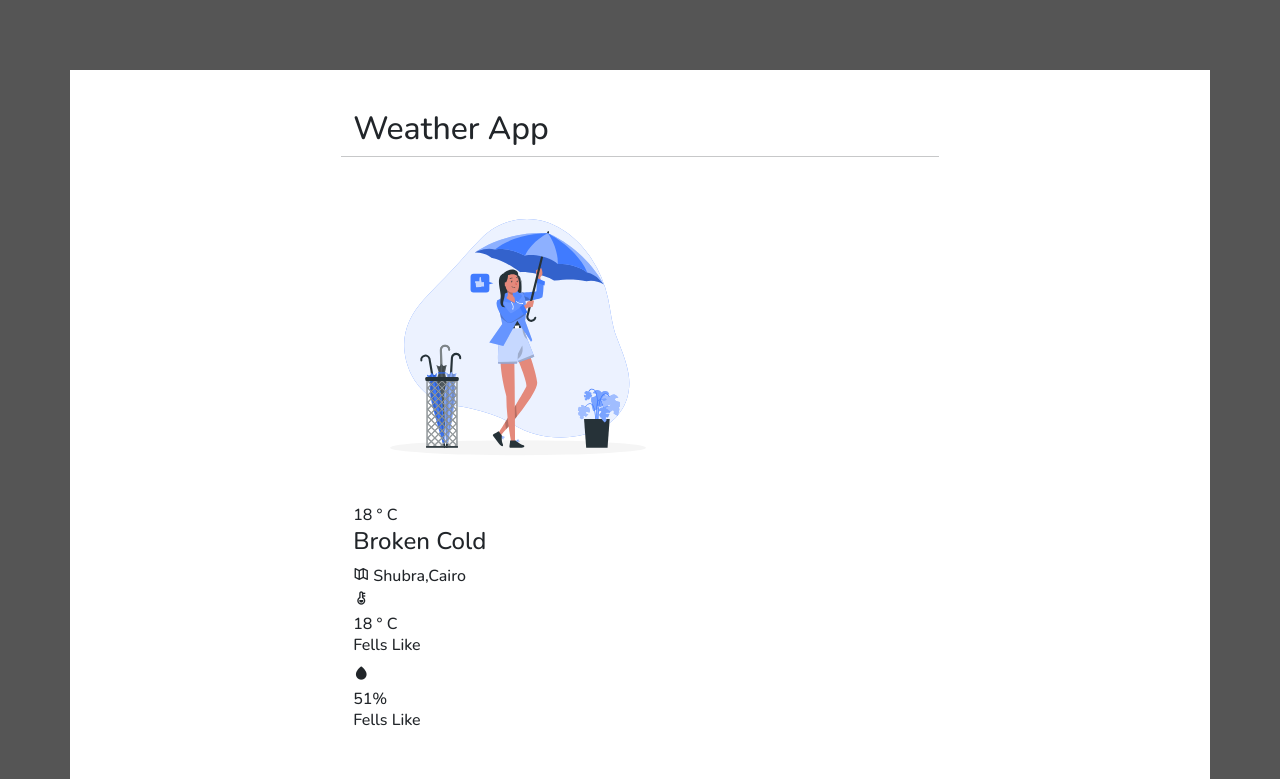
Repository: youssef168/Weather-App
Page: index.htm
These files come from the project's save history. The page is drawn as it stood at one moment and after the next save; the edit follows.
The browser window is 1280 px wide. The pictures show the whole page.

Above is the page before, as saved 2021-12-28 19:49:40.

### index.htm
<!DOCTYPE html>
<html lang="en">
<head>
    <meta charset="UTF-8">
    <meta http-equiv="X-UA-Compatible" content="IE=edge">
    <meta name="viewport" content="width=device-width, initial-scale=1.0">
    <link href="https://cdn.jsdelivr.net/npm/bootstrap@5.1.3/dist/css/bootstrap.min.css" rel="stylesheet" integrity="sha384-1BmE4kWBq78iYhFldvKuhfTAU6auU8tT94WrHftjDbrCEXSU1oBoqyl2QvZ6jIW3" crossorigin="anonymous">
    <link rel="preconnect" href="https://fonts.googleapis.com">
    <link rel="preconnect" href="https://fonts.gstatic.com" crossorigin>
    <link href="https://fonts.googleapis.com/css2?family=Nunito:ital,wght@0,300;0,500;0,600;0,700;0,900;1,200;1,300;1,400;1,500;1,700&family=Work+Sans:ital,wght@1,400;1,600&display=swap" rel="stylesheet">
    <link rel="stylesheet" href="./style.css">
    <link href='https://unpkg.com/boxicons@2.1.1/css/boxicons.min.css' rel='stylesheet'>

    <title>Document</title>
</head>
<body>
    <div class="container">
        <div class='row super'>
            <h2>Weather App</h2>
            <hr>
          <div class='col'>
              <div class="wearher-img">
                  <img class="w-100" src="./Umbrella-rafiki.svg" alt="">
              </div>
              <div class="weather-details">
                  <span class="degree">18</span>
                  <span class="sign">°</span>
                  <span class="sign-2">
                    C
                  </span>
                  <h4>Broken Cold</h4>
              </div>
              <div class="location">
                <i class='bx bx-map-alt'></i>
                <span>Shubra,Cairo</span>
              </div>
              <div class="detail-box">
                  <div class="column fellLike">
                    <i class='bx bxs-thermometer'></i>
                    <div class="innerFeild">
                        <span class="degree-2">18</span>
                        <span class="sign">°</span>
                        <span class="sign-2">
                          C
                        </span>
                    </div>
                    <h6>Fells Like</h6>
                  </div>
              </div>
              <div class="detail-box">
                  <div class="column Humidity">
                    <i class='bx bxs-droplet'></i>
                    <div class="innerFeild">
                        <span class="degree-3">51%</span>
                    </div>
                    <h6>Fells Like</h6>
                  </div>
              </div>
          </div>
    </div>

    <script src="./script.js"></script>
    <script src="https://cdn.jsdelivr.net/npm/bootstrap@5.1.3/dist/js/bootstrap.bundle.min.js" integrity="sha384-ka7Sk0Gln4gmtz2MlQnikT1wXgYsOg+OMhuP+IlRH9sENBO0LRn5q+8nbTov4+1p" crossorigin="anonymous"></script>
</body>
</html>

### style.css
/* Start Global Rules */
body {
    font-family: 'Nunito', sans-serif;
    background: #555

}

.container {
    background: #fff;
}

.super {
    margin: auto;
    margin-top: 70px;
    padding: 40px 60px;
    width: fit-content;
    /* background-image: url('./blob.svg');
    background-repeat: no-repeat;
    background-size: covere; */
}

/* end Global Rules */

h1 {
    font-weight: bold !important;
    font-size: 3.6rem !important;
    margin-bottom: 30px;
    line-height: 55px ;
}


.wearher-img {
    width: 330px;
}

Loaded but not shown: script.js (no copy from this time; the picture is the same without it)

After the next save:
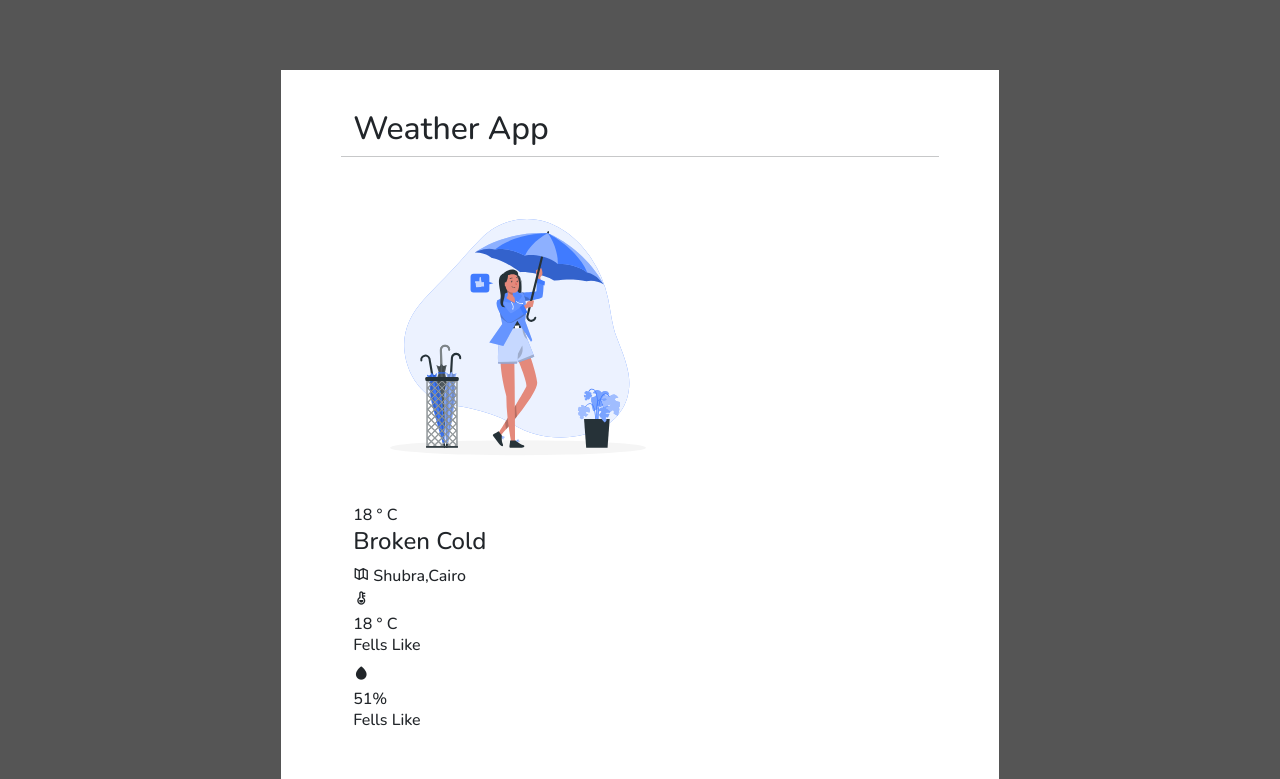
Saved 19 s later.
--- a/style.css
+++ b/style.css
@@ -6,7 +6,6 @@ body {
 }
 
 .container {
-    background: #fff;
 }
 
 .super {
@@ -14,6 +13,8 @@ body {
     margin-top: 70px;
     padding: 40px 60px;
     width: fit-content;
+    background: #fff;
+
     /* background-image: url('./blob.svg');
     background-repeat: no-repeat;
     background-size: covere; */
